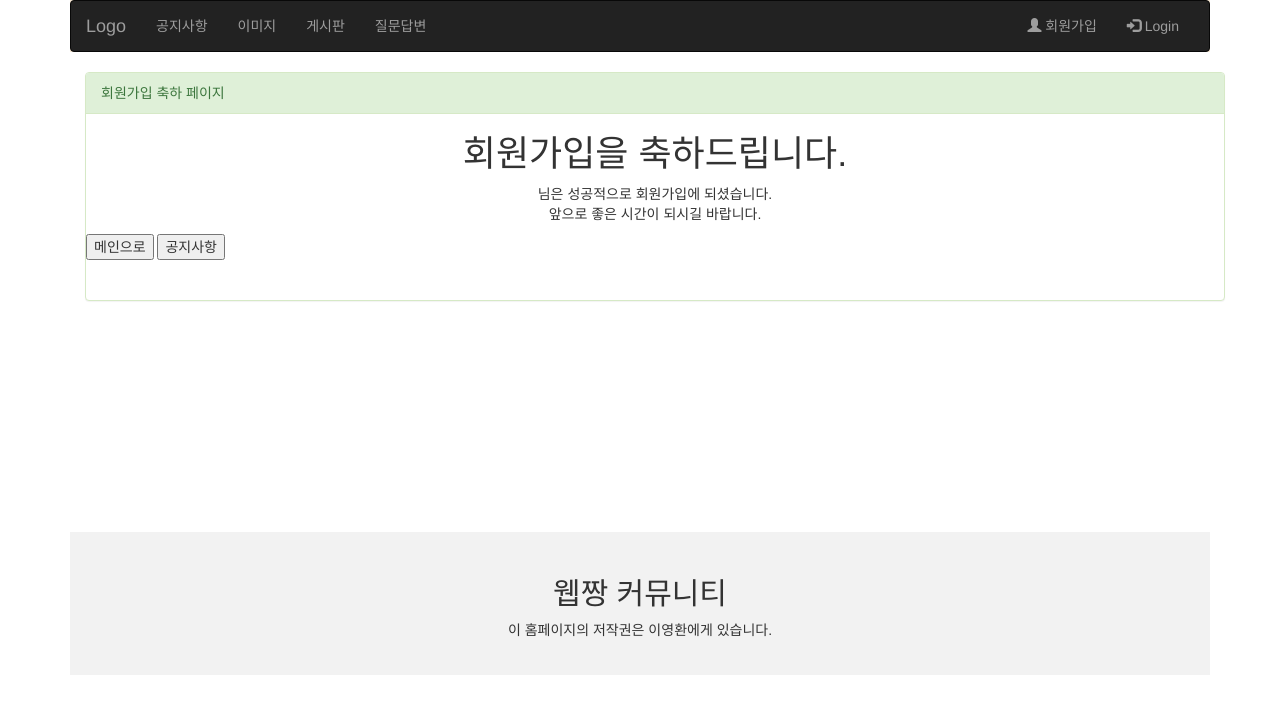
Repository: xo461/test
Page: http://localhost/webjjangcom_ver2/member/welcome.jsp
The author's editor kept a copy of each file at every save. The page is drawn from the files as they stood at one save, then again after the next save.
The browser window is 1280 px wide. The pictures show the whole page.
Some web libraries are served in a nearby version. The page is served by Tomcat 9. The template is opened directly, without the code that normally fills it, so the values that code supplies are empty.

Above is the page before, as saved 2019-11-13 05:07:25.

After the next save:
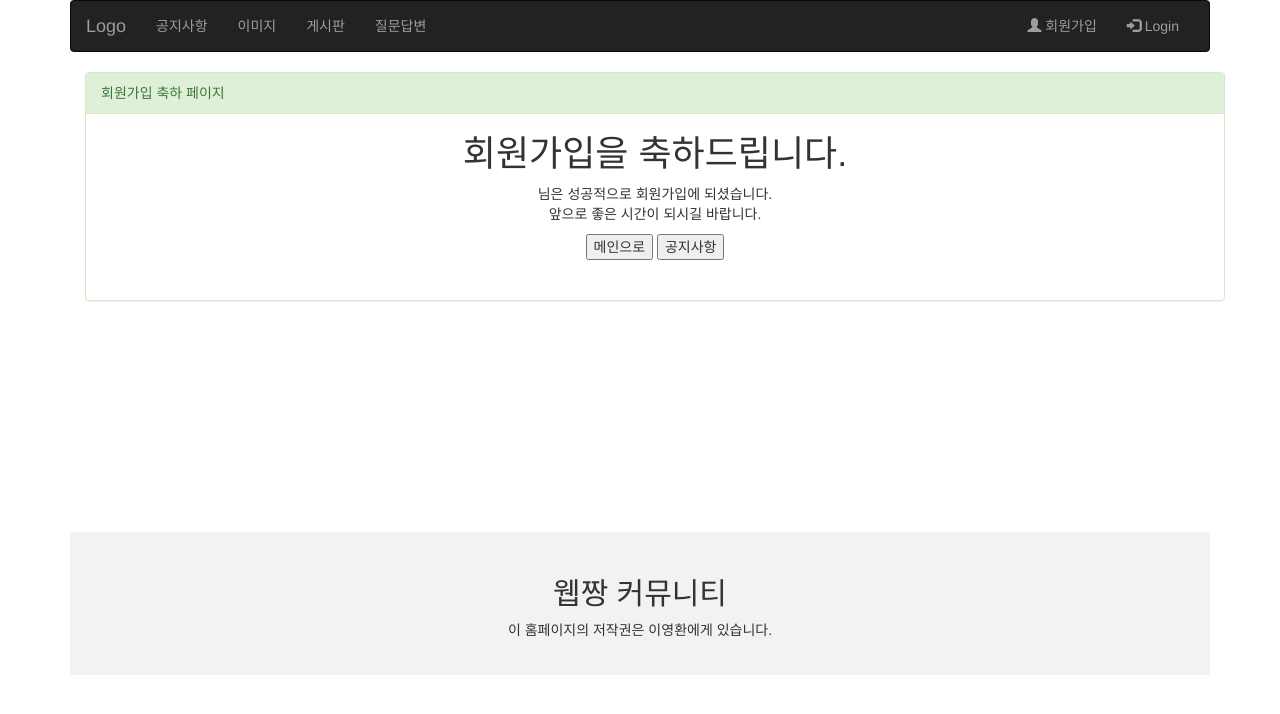
Saved 12 s later.
--- a/web/webjjangcom_ver2/WebContent/member/welcome.jsp
+++ b/web/webjjangcom_ver2/WebContent/member/welcome.jsp
@@ -25,7 +25,7 @@
 			${param.id }님은 성공적으로 회원가입에 되셨습니다.<br/>
 			앞으로 좋은 시간이 되시길 바랍니다.
 			</p>
-			<p>
+			<p align="center">
 				<button onclick="location='/notice/list.jsp'">메인으로 </button>
 				<button onclick="location='/notice/list.jsp'">공지사항</button>
 			</p>
